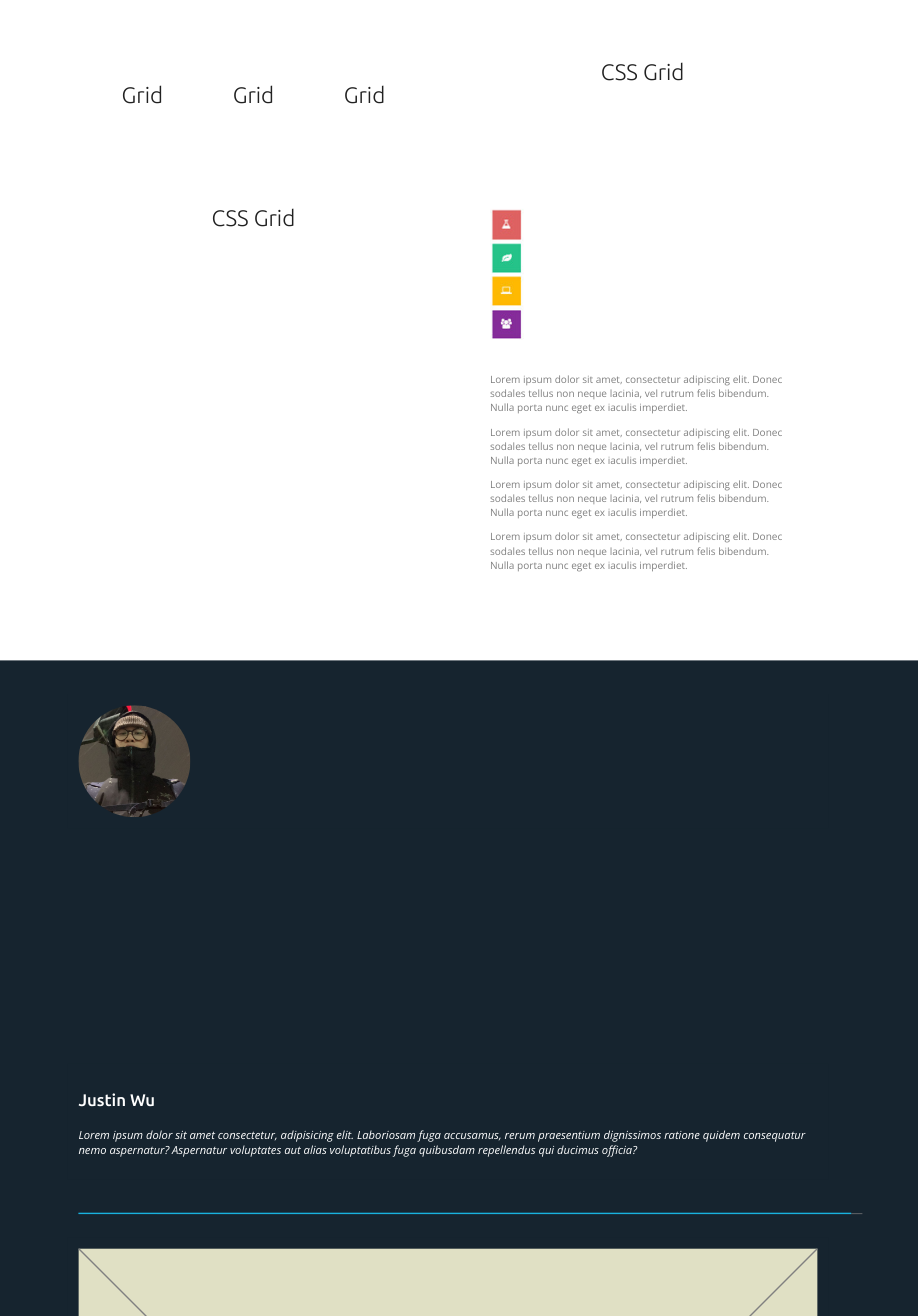
Repository: justinweiyungwu/week4project1v2
Page: cssgrid/index.html
These files come from the project's save history. The page is drawn as it stood at one moment and after the next save; the edit follows.
The browser window is 1280 px wide. The page is 1312 px wide, so the pictures cover 1312 px, including what lies to the right of the window. The pictures show the part of the page from y = 2259 to 4139 px (the page is 11823 px tall before and 11872 px after), at 70% of full size.

Above is the page before, as saved 2023-02-03 15:34:26.

After the next save:
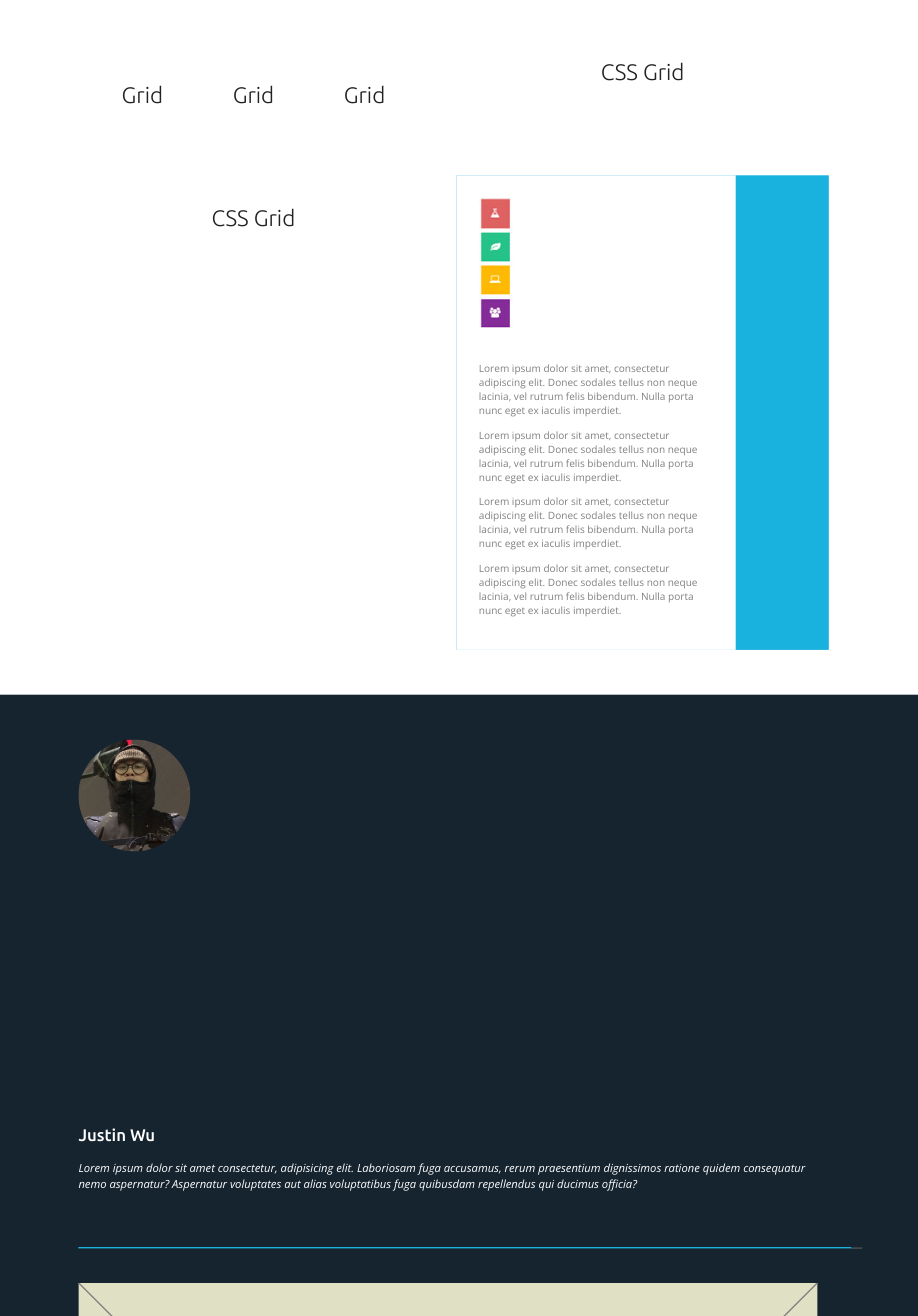
Saved 60 s later.
--- a/cssgrid/index.html
+++ b/cssgrid/index.html
@@ -245,7 +245,7 @@
             <div class="col">
                 <h1>CSS Grid</h1>
             </div>
-            <div class="row">
+            <div class="row-bottom-col">
             <div class="col">
                     <div class="bottom-icons">
                         <img src="img/Potion-Icon.png">

After the save that followed:
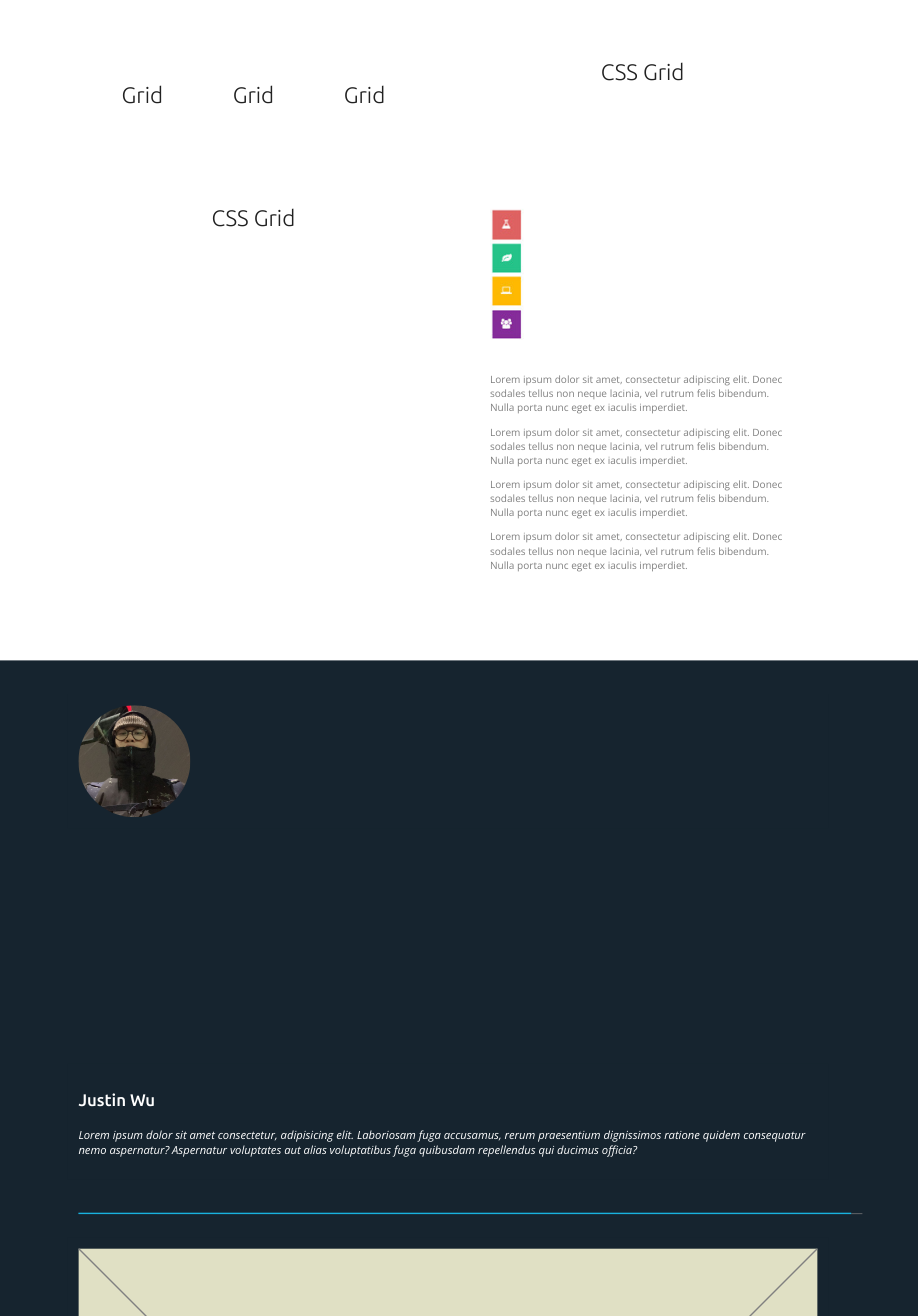
Saved 9 s later.
--- a/cssgrid/index.html
+++ b/cssgrid/index.html
@@ -245,7 +245,7 @@
             <div class="col">
                 <h1>CSS Grid</h1>
             </div>
-            <div class="row-bottom-col">
+            <div class="m-row-span">
             <div class="col">
                     <div class="bottom-icons">
                         <img src="img/Potion-Icon.png">
